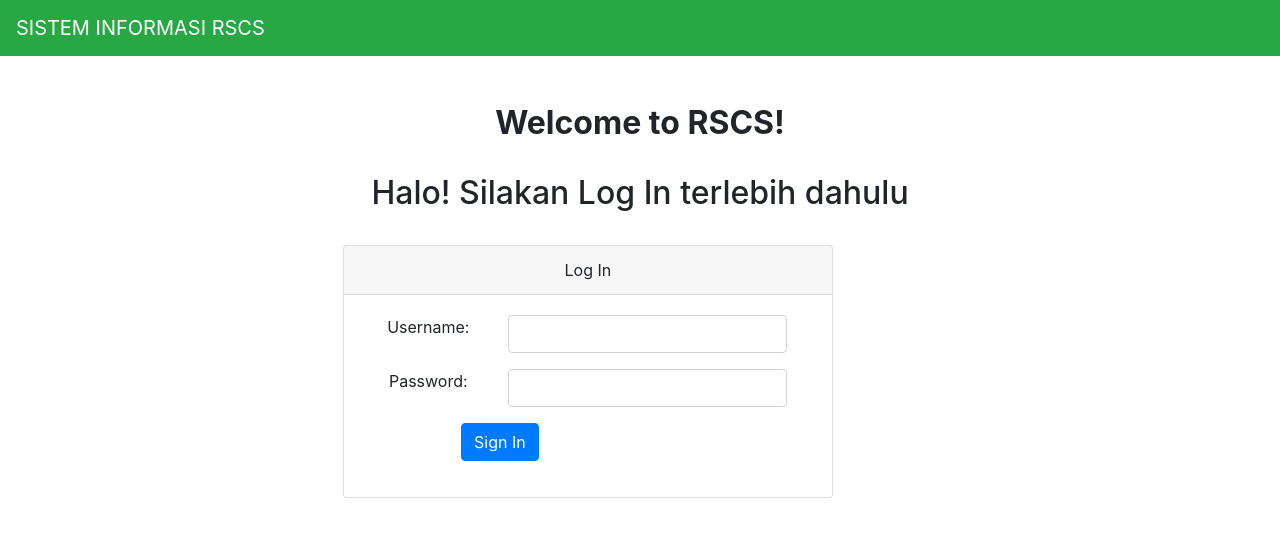
Repository: usamah1707/Tugas-Akhir-Kelompok-6
Page: http://localhost/login
The author's editor kept a copy of each file at every save. The page is drawn from the files as they stood at one save, then again after the next save.
The browser window is 1280 px wide. The pictures show the whole page.
The page is this project's Thymeleaf template; nobody is signed in. The template is opened directly, without the code that normally fills it, so the values that code supplies are empty.

Above is the page before, as saved 2019-06-04 07:40:42.

After the next save:
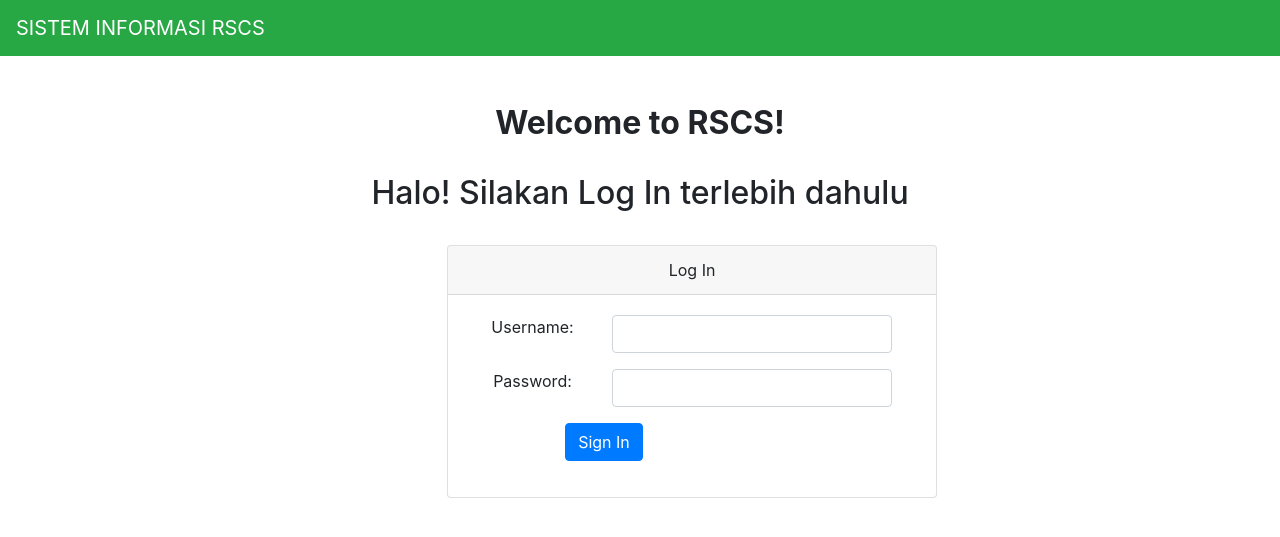
Saved 6 s later.
--- a/TA_6/src/main/resources/templates/login.html
+++ b/TA_6/src/main/resources/templates/login.html
@@ -28,7 +28,7 @@
 							<h2 align="center">Halo! Silakan Log In terlebih dahulu</h2>
 							<br>
 							<div class="row">
-								<span class="col-md-3"></span>
+								<span class="col-md-4"></span>
 								<div class="col-md-5">
 
 									<div class="card">

After the save that followed:
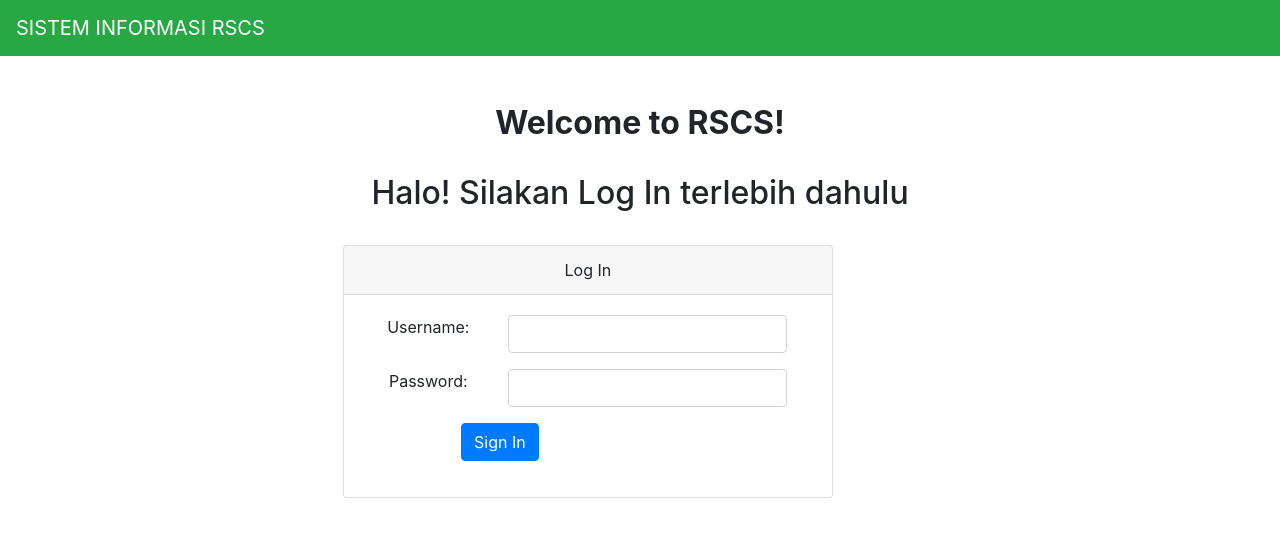
Saved 22 s later.
--- a/TA_6/src/main/resources/templates/login.html
+++ b/TA_6/src/main/resources/templates/login.html
@@ -28,7 +28,7 @@
 							<h2 align="center">Halo! Silakan Log In terlebih dahulu</h2>
 							<br>
 							<div class="row">
-								<span class="col-md-4"></span>
+								<span class="col-md-3"></span>
 								<div class="col-md-5">
 
 									<div class="card">
